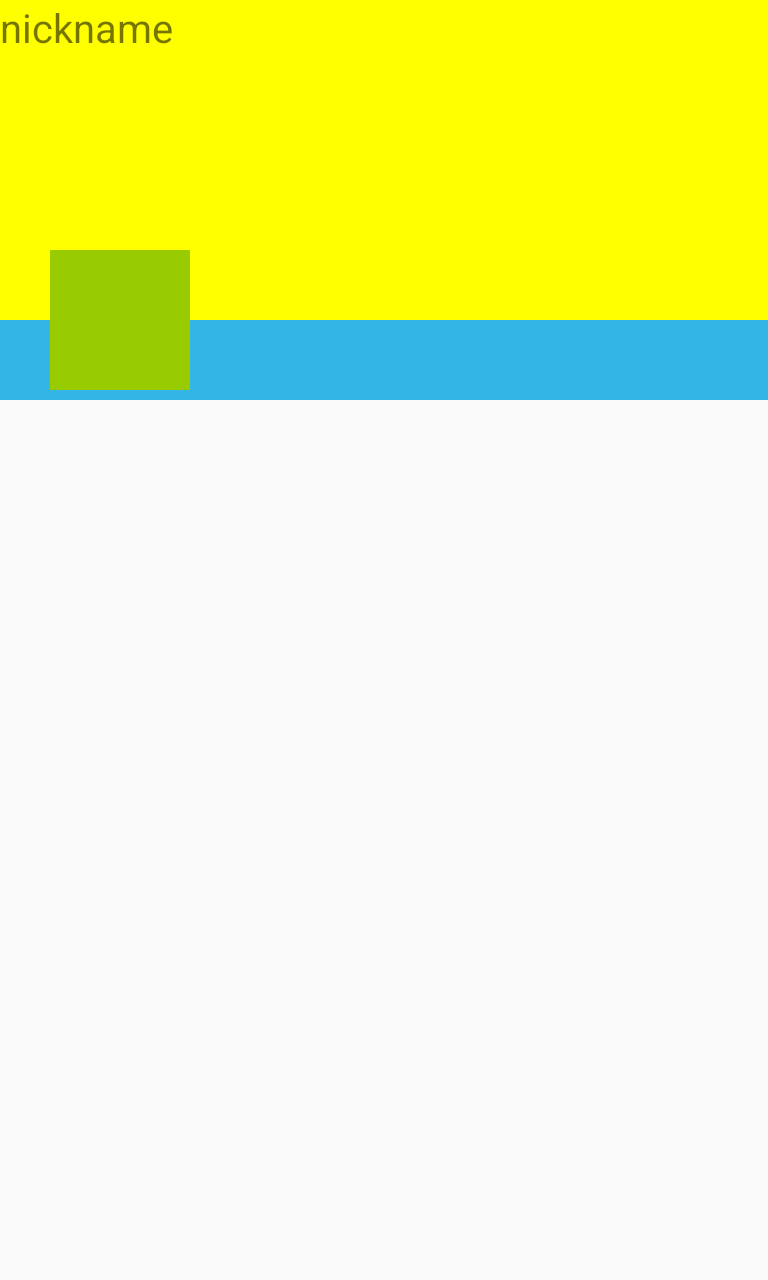
Repository: DAHYEON-PARK/SKP-GROUP
Layout: recipe/res/layout/fragment_category.xml
These files come from the project's save history. The layout is drawn as it stood at one moment and after the next save; the edit follows.
It is drawn on a 768 x 1280 px phone screen (xhdpi) without system bars, with theme AppTheme; the app's code is not run.

Above is the layout before, as saved 2015-02-19 10:45:40.

After the next save:
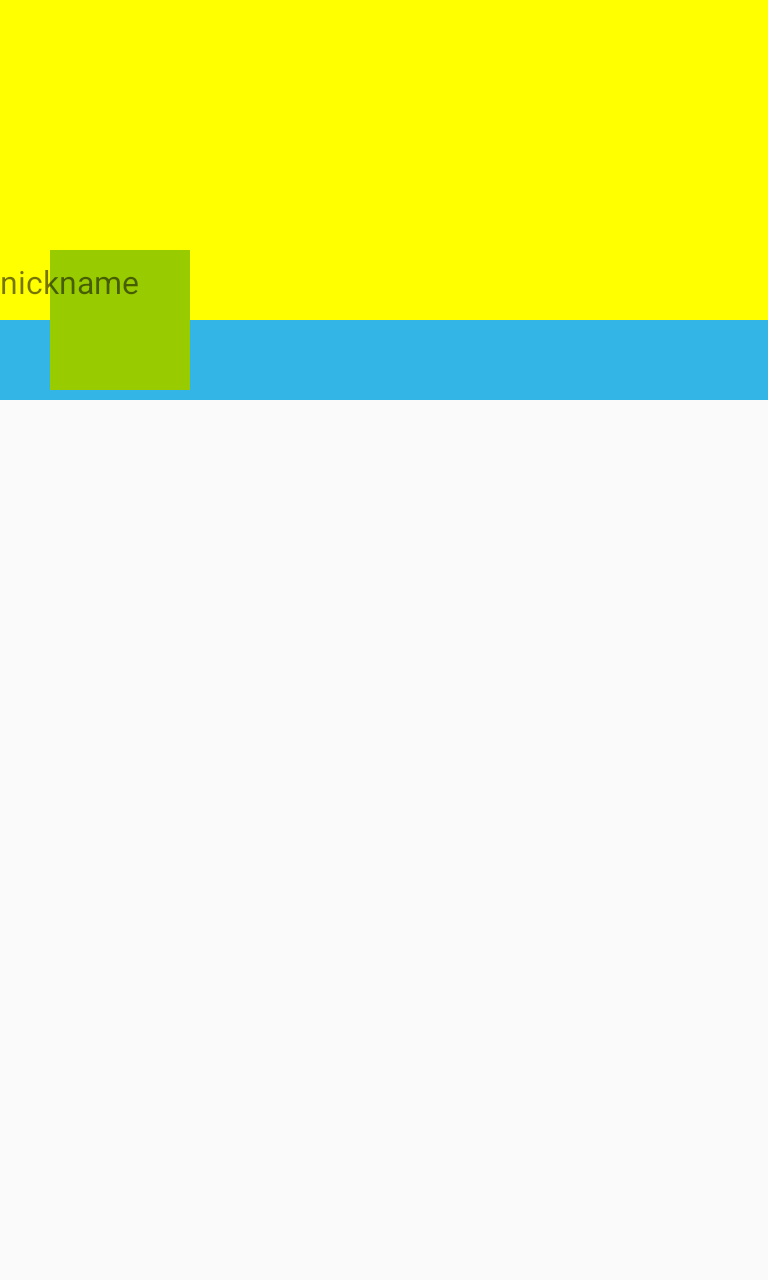
Saved 30 s later.
--- a/recipe/res/layout/fragment_category.xml
+++ b/recipe/res/layout/fragment_category.xml
@@ -25,7 +25,8 @@
             android:layout_width="wrap_content"
             android:layout_height="wrap_content"
             android:text="nickname"
-            android:textSize="@dimen/sp19"/>
+            android:layout_marginTop="130dp"
+            android:textSize="@dimen/sp15"/>
 
     </FrameLayout>
 
